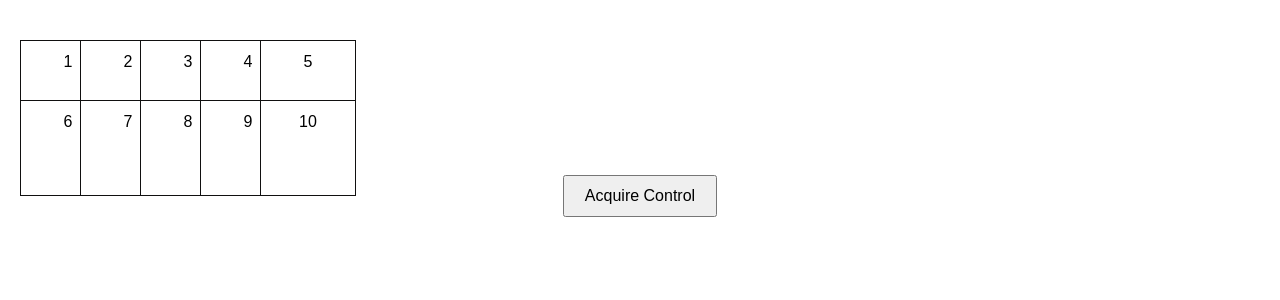
Repository: sahelipaul17/appYogi
Page: public/index.html
These files come from the project's save history. The page is drawn as it stood at one moment and after the next save; the edit follows.
The browser window is 1280 px wide. The pictures show the whole page.

Above is the page before, as saved 2023-07-28 09:43:12.

After the next save:
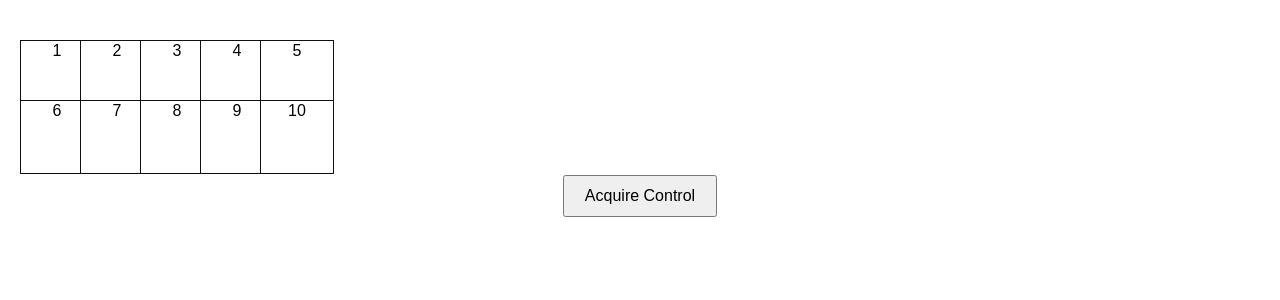
Saved 12 s later.
--- a/public/styles.css
+++ b/public/styles.css
@@ -16,7 +16,7 @@ body {
   .key {
     width: 70px;
     height: 70px;
-    padding: 12px;
+    padding: 1px;
     background-color: white;
     border: 1px solid #111010;
     cursor: pointer;
